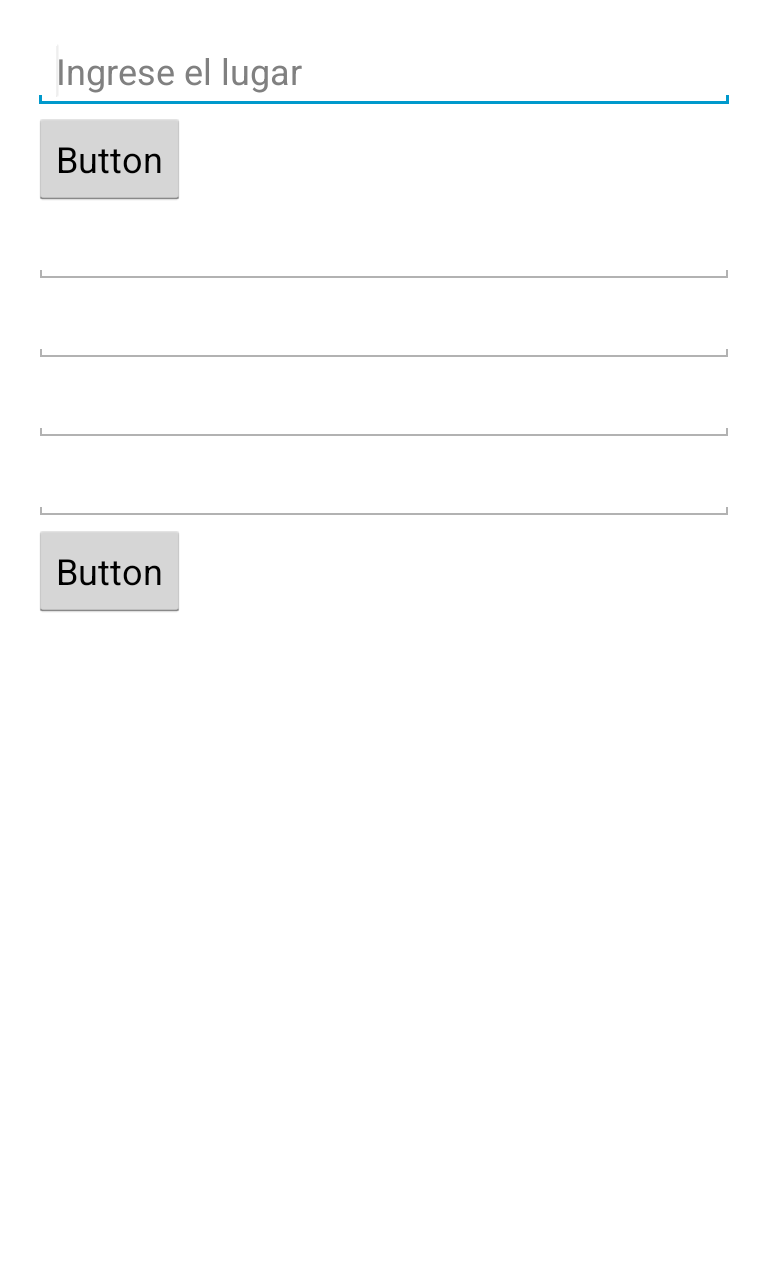
Repository: unmultimedio/android-cymetria-manizales
Layout: workspace/Weather/res/layout/fragment_main.xml
These files come from the project's save history. The layout is drawn as it stood at one moment and after a run of saves; the edit follows.
It is drawn on a 768 x 1280 px phone screen (xhdpi) without system bars, with theme AppTheme; the app's code is not run.

Above is the layout before, as saved 2014-07-25 23:26:42.

### workspace/Weather/res/layout/fragment_main.xml
<LinearLayout xmlns:android="http://schemas.android.com/apk/res/android"
    xmlns:tools="http://schemas.android.com/tools"
    android:id="@+id/LinearLayout1"
    android:layout_width="match_parent"
    android:layout_height="match_parent"
    android:orientation="vertical"
    android:paddingBottom="@dimen/activity_vertical_margin"
    android:paddingLeft="@dimen/activity_horizontal_margin"
    android:paddingRight="@dimen/activity_horizontal_margin"
    android:paddingTop="@dimen/activity_vertical_margin"
    tools:context="com.talentoti.weather.MainActivity$PlaceholderFragment" >

    <EditText
        android:id="@+id/query"
        android:layout_width="match_parent"
        android:layout_height="wrap_content"
        android:ems="10"
        android:hint="Ingrese el lugar" >

        <requestFocus />
    </EditText>

    <Button
        android:id="@+id/button1"
        android:layout_width="wrap_content"
        android:layout_height="wrap_content"
        android:text="Button" />

    <EditText
        android:id="@+id/editText2"
        android:layout_width="match_parent"
        android:layout_height="wrap_content"
        android:ems="10" />

    <EditText
        android:id="@+id/editText3"
        android:layout_width="match_parent"
        android:layout_height="wrap_content"
        android:ems="10" />

    <EditText
        android:id="@+id/editText4"
        android:layout_width="match_parent"
        android:layout_height="wrap_content"
        android:ems="10" />

    <EditText
        android:id="@+id/editText5"
        android:layout_width="match_parent"
        android:layout_height="wrap_content"
        android:ems="10" />

    <Button
        android:id="@+id/button2"
        android:layout_width="wrap_content"
        android:layout_height="wrap_content"
        android:text="Button" />

</LinearLayout>

Loaded but not shown: workspace/Weather/res/values/styles.xml (common file); workspace/Weather/res/values-v11/styles.xml (common file); workspace/Weather/res/values-v14/styles.xml (common file); workspace/Weather/res/values/dimens.xml (common file); workspace/Weather/res/values-w820dp/dimens.xml (common file)

After the next 2 saves:
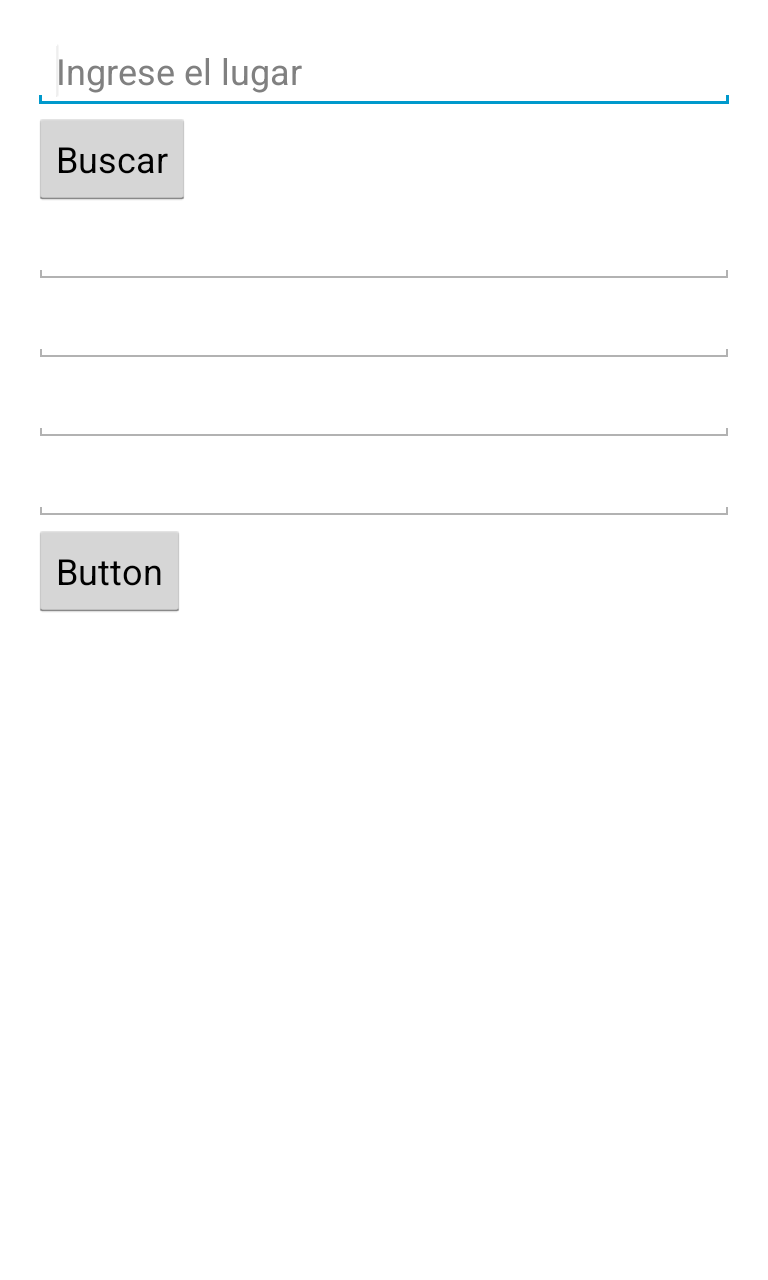
The 2 saves are shown as one change because they came seconds apart.
The last was saved 14 s later.
--- a/workspace/Weather/res/layout/fragment_main.xml
+++ b/workspace/Weather/res/layout/fragment_main.xml
@@ -21,10 +21,10 @@
     </EditText>
 
     <Button
-        android:id="@+id/button1"
+        android:id="@+id/searchBtn"
         android:layout_width="wrap_content"
         android:layout_height="wrap_content"
-        android:text="Button" />
+        android:text="Buscar" />
 
     <EditText
         android:id="@+id/editText2"
